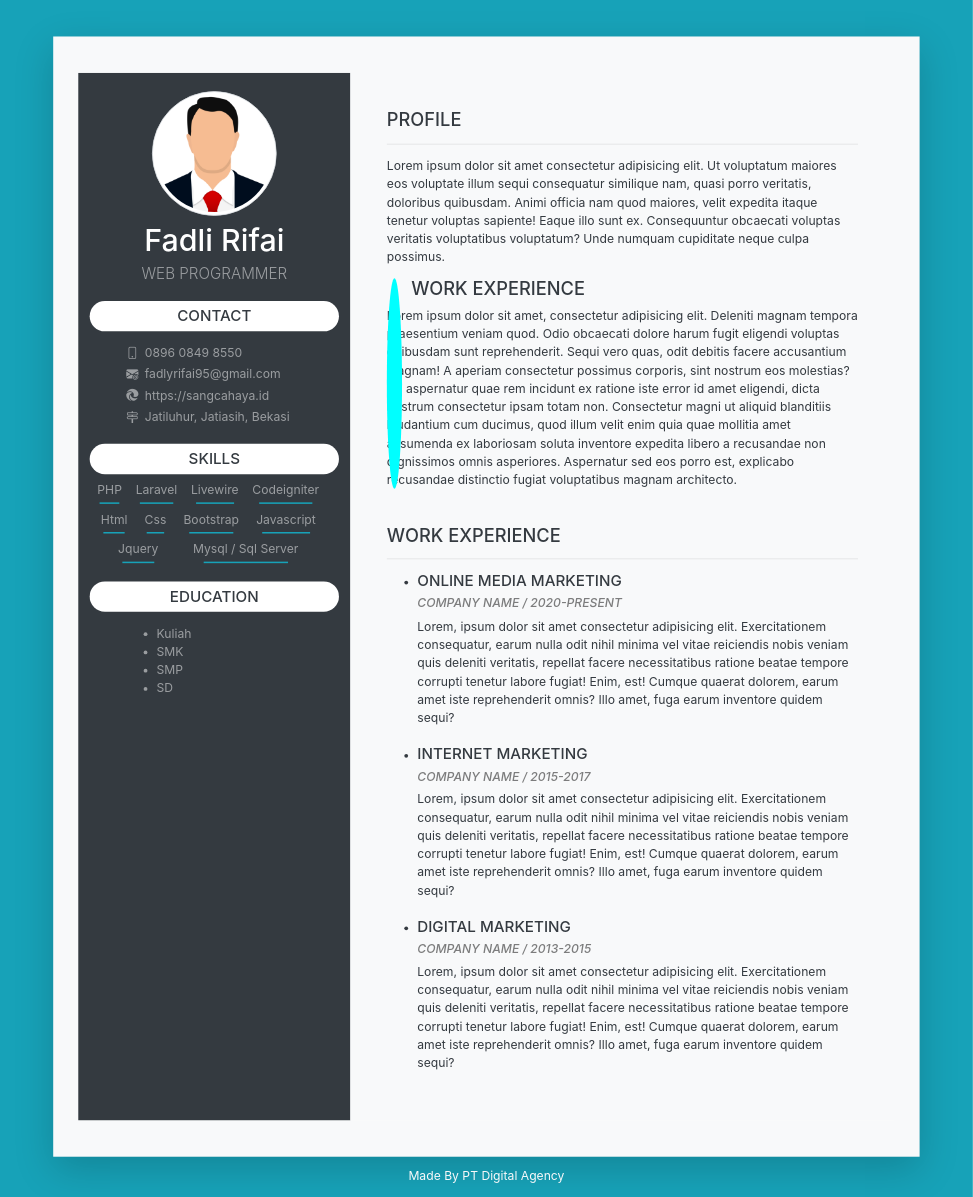
Repository: fadlyyy/fadlyyy.github.io
Page: index.html
An editor plug-in stored every save of this project. The page is shown before and after the next save, followed by the edit.
The browser window is 1280 px wide. The pictures show the whole page, at 76% of full size.

Above is the page before, as saved 2024-01-31 08:01:23.

### index.html
<!DOCTYPE html>
<html lang="en">

<head>
     <!-- Required meta tags -->
     <meta charset="utf-8" />
     <meta name="viewport" content="width=device-width, initial-scale=1, shrink-to-fit=no" />

     <!-- Bootstrap CSS -->
     <link rel="stylesheet" href="https://cdn.jsdelivr.net/npm/bootstrap@4.6.2/dist/css/bootstrap.min.css"
          integrity="sha384-xOolHFLEh07PJGoPkLv1IbcEPTNtaed2xpHsD9ESMhqIYd0nLMwNLD69Npy4HI+N" crossorigin="anonymous" />

     <!-- Icon -->
     <link rel="stylesheet" href="https://cdn.jsdelivr.net/npm/bootstrap-icons@1.11.3/font/bootstrap-icons.min.css" />

     <link rel="stylesheet" href="style.css" />

     <title>Hello, world!</title>
</head>

<body class="bg-info">
     <div class="container p-5 bg-light mt-5 mb-5 shadow shadow-lg">
          <div class="row">
               <div class="col-lg-4 bg-dark text-white text-center py-4">
                    <div class="header-left">
                         <img src="img/profile.png"
                              alt="" class="img-thumbnail rounded-circle mb-2 w-50 h-50" />
                         <h1 class="display-5">Fadli Rifai</h1>
                         <h4 class="lead text-uppercase text-white-50 mb-4">Web Programmer</h4>
                    </div>

                    <!-- general info -->
                    <div class="general-info">
                         <h5 class="text-uppercase bg-white text-dark py-2 rounded-pill">contact</h5>

                         <ul class="list-unstyled text-white-50 py-2 text-left ml-5">
                              <li class="list-item mb-1">
                                   <p>
                                        <i class="bi bi-phone mr-1"></i> 0896 0849 8550
                                   </p>
                              </li>
                              <li class="list-item mb-1 text-wrap w-75">
                                   <p>
                                        <i class="bi bi-envelope-at-fill mr-1"></i> fadlyrifai95@gmail.com
                                   </p>
                              </li>
                              <li class="list-item mb-1">
                                   <p>
                                        <i class="bi bi-browser-edge mr-1"></i> https://sangcahaya.id
                                   </p>
                              </li>
                              <li class="list-item">
                                   <i class="bi bi-signpost-2 mr-1"></i>
                                   Jatiluhur, Jatiasih, Bekasi
                              </li>
                         </ul>
                    </div>

                    <!-- skills -->
                    <div>
                         <h5 class="text-uppercase bg-white text-dark py-2 rounded-pill">skills</h5>
                         <ul class="list list-unstyled text-white-50 px-2 text-left text-capitalize list-skills">
                              <li class="list-item">PHP</li>
                              <li class="list-item">laravel</li>
                              <li class="list-item">livewire</li>
                              <li class="list-item">codeigniter</li>
                              <li class="list-item">html</li>
                              <li class="list-item">css</li>
                              <li class="list-item">bootstrap</li>
                              <li class="list-item">javascript</li>
                              <li class="list-item">jquery</li>
                              <li class="list-item">mysql / sql server</li>
                         </ul>
                    </div>

                    <!-- educations -->
                    <div>
                         <h5 class="text-uppercase bg-white text-dark py-2 rounded-pill">education</h5>
                         <ul class="list text-white-50 ml-5 py-2 text-left text-capitalize">
                              <li class="list-item">Kuliah</li>
                              <li class="list-item">SMK</li>
                              <li class="list-item">SMP</li>
                              <li class="list-item">SD</li>
                         </ul>
                    </div>
               </div>

               <div class="col-lg-8 bg-light text-dark py-5 px-5 right-side">
                    <div class="header-right">
                         <h4 class="text-uppercase">Profile</h4>
                         <hr />
                         <p>
                              Lorem ipsum dolor sit amet consectetur adipisicing elit. Ut voluptatum maiores eos
                              voluptate illum sequi consequatur similique nam, quasi porro veritatis, doloribus
                              quibusdam. Animi officia nam quod maiores, velit expedita
                              itaque tenetur voluptas sapiente! Eaque illo sunt ex. Consequuntur obcaecati voluptas
                              veritatis voluptatibus voluptatum? Unde numquam cupiditate neque culpa possimus.
                         </p>
                    </div>

                    <div class="work-experience">
                         <h4 class="text-uppercase">work experience</h4>
                         <p>Lorem ipsum dolor sit amet, consectetur adipisicing elit. Deleniti magnam tempora praesentium veniam quod. Odio obcaecati dolore harum fugit eligendi voluptas quibusdam sunt reprehenderit. Sequi vero quas, odit debitis facere accusantium magnam! A aperiam consectetur possimus corporis, sint nostrum eos molestias? At, aspernatur quae rem incidunt ex ratione iste error id amet eligendi, dicta nostrum consectetur ipsam totam non. Consectetur magni ut aliquid blanditiis laudantium cum ducimus, quod illum velit enim quia quae mollitia amet assumenda ex laboriosam soluta inventore expedita libero a recusandae non dignissimos omnis asperiores. Aspernatur sed eos porro est, explicabo recusandae distinctio fugiat voluptatibus magnam architecto.</p>
                    </div>

                    <div class="mt-5">
                         <h4 class="text-uppercase">work experience</h4>
                         <hr>

                         <ul class="list">
                              <li class="list-item">
                                   <h5 class="display-6 text-uppercase">online media marketing</h5>
                                   <h6 class="text-uppercase text-black-50 font-italic">company name / 2020-present</h6>
                                   <p>Lorem, ipsum dolor sit amet consectetur adipisicing elit. Exercitationem consequatur, earum nulla odit nihil minima vel vitae reiciendis nobis veniam quis deleniti veritatis, repellat facere necessitatibus ratione beatae tempore corrupti tenetur labore fugiat! Enim, est! Cumque quaerat dolorem, earum amet iste reprehenderit omnis? Illo amet, fuga earum inventore quidem sequi?</p>
                              </li>

                              <li class="list-item mt-4">
                                   <h5 class="display-6 text-uppercase">internet marketing</h5>
                                   <h6 class="text-uppercase text-black-50 font-italic">company name / 2015-2017</h6>
                                   <p>Lorem, ipsum dolor sit amet consectetur adipisicing elit. Exercitationem consequatur, earum nulla odit nihil minima vel vitae reiciendis nobis veniam quis deleniti veritatis, repellat facere necessitatibus ratione beatae tempore corrupti tenetur labore fugiat! Enim, est! Cumque quaerat dolorem, earum amet iste reprehenderit omnis? Illo amet, fuga earum inventore quidem sequi?</p>
                              </li>

                              <li class="list-item mt-4">
                                   <h5 class="display-6 text-uppercase">digital marketing</h5>
                                   <h6 class="text-uppercase text-black-50 font-italic">company name / 2013-2015</h6>
                                   <p>Lorem, ipsum dolor sit amet consectetur adipisicing elit. Exercitationem consequatur, earum nulla odit nihil minima vel vitae reiciendis nobis veniam quis deleniti veritatis, repellat facere necessitatibus ratione beatae tempore corrupti tenetur labore fugiat! Enim, est! Cumque quaerat dolorem, earum amet iste reprehenderit omnis? Illo amet, fuga earum inventore quidem sequi?</p>
                              </li>
                         </ul>
                    </div>
               </div>
          </div>
     </div>
     <!-- Optional JavaScript; choose one of the two! -->

     <!-- footer -->
     <div class="footer">
          <p class="text-light text-center text-capitalize" style="margin-top: -35px;">made by PT Digital Agency</p>
     </div>

     <!-- Option 1: jQuery and Bootstrap Bundle (includes Popper) -->
     <script src="https://cdn.jsdelivr.net/npm/jquery@3.5.1/dist/jquery.slim.min.js"
          integrity="sha384-DfXdz2htPH0lsSSs5nCTpuj/zy4C+OGpamoFVy38MVBnE+IbbVYUew+OrCXaRkfj"
          crossorigin="anonymous"></script>
     <script src="https://cdn.jsdelivr.net/npm/bootstrap@4.6.2/dist/js/bootstrap.bundle.min.js"
          integrity="sha384-Fy6S3B9q64WdZWQUiU+q4/2Lc9npb8tCaSX9FK7E8HnRr0Jz8D6OP9dO5Vg3Q9ct"
          crossorigin="anonymous"></script>

     <!-- Option 2: Separate Popper and Bootstrap JS -->
     <!--
    <script src="https://cdn.jsdelivr.net/npm/jquery@3.5.1/dist/jquery.slim.min.js" integrity="sha384-DfXdz2htPH0lsSSs5nCTpuj/zy4C+OGpamoFVy38MVBnE+IbbVYUew+OrCXaRkfj" crossorigin="anonymous"></script>
    <script src="https://cdn.jsdelivr.net/npm/popper.js@1.16.1/dist/umd/popper.min.js" integrity="sha384-9/reFTGAW83EW2RDu2S0VKaIzap3H66lZH81PoYlFhbGU+6BZp6G7niu735Sk7lN" crossorigin="anonymous"></script>
    <script src="https://cdn.jsdelivr.net/npm/bootstrap@4.6.2/dist/js/bootstrap.min.js" integrity="sha384-+sLIOodYLS7CIrQpBjl+C7nPvqq+FbNUBDunl/OZv93DB7Ln/533i8e/mZXLi/P+" crossorigin="anonymous"></script>
    -->
</body>

</html>

### style.css
.general-info ul li p {
    margin: 0;
}

.list-skills {
    display: flex;
    flex-wrap: wrap;
    justify-content: space-evenly;
    align-content: space-around;
}

.list-skills .list-item {
    margin-right: 1rem;
    padding-bottom: .5rem;
}

.list-skills .list-item::after {
    content: '';
    display: block;
    background-color: #17a2b8;
    width: 80%;
    height: 2px;
    margin: auto;
    margin-top: 5px;
}

.work-experience {
    position: relative;
}

.work-experience h4 {
    margin-left: 2rem;
}

.work-experience::before {
    content: '';
    display: block;
    position: absolute;
    width: 20px;
    height: 100%;
    background-color: aqua;
    border-radius: 50%;
}

/* Media Query */
/* Extra Large */
@media (max-width: 1200px) {

}

/* Laptop */
@media (max-width: 992px) {

}

/* Tablet */
@media (max-width: 768px) {

}

/* Mobile */
@media (max-width: 576px) {
    .right-side {
        padding-left: 0 !important;
        padding-right: 0 !important;
    }
}

After the next save:
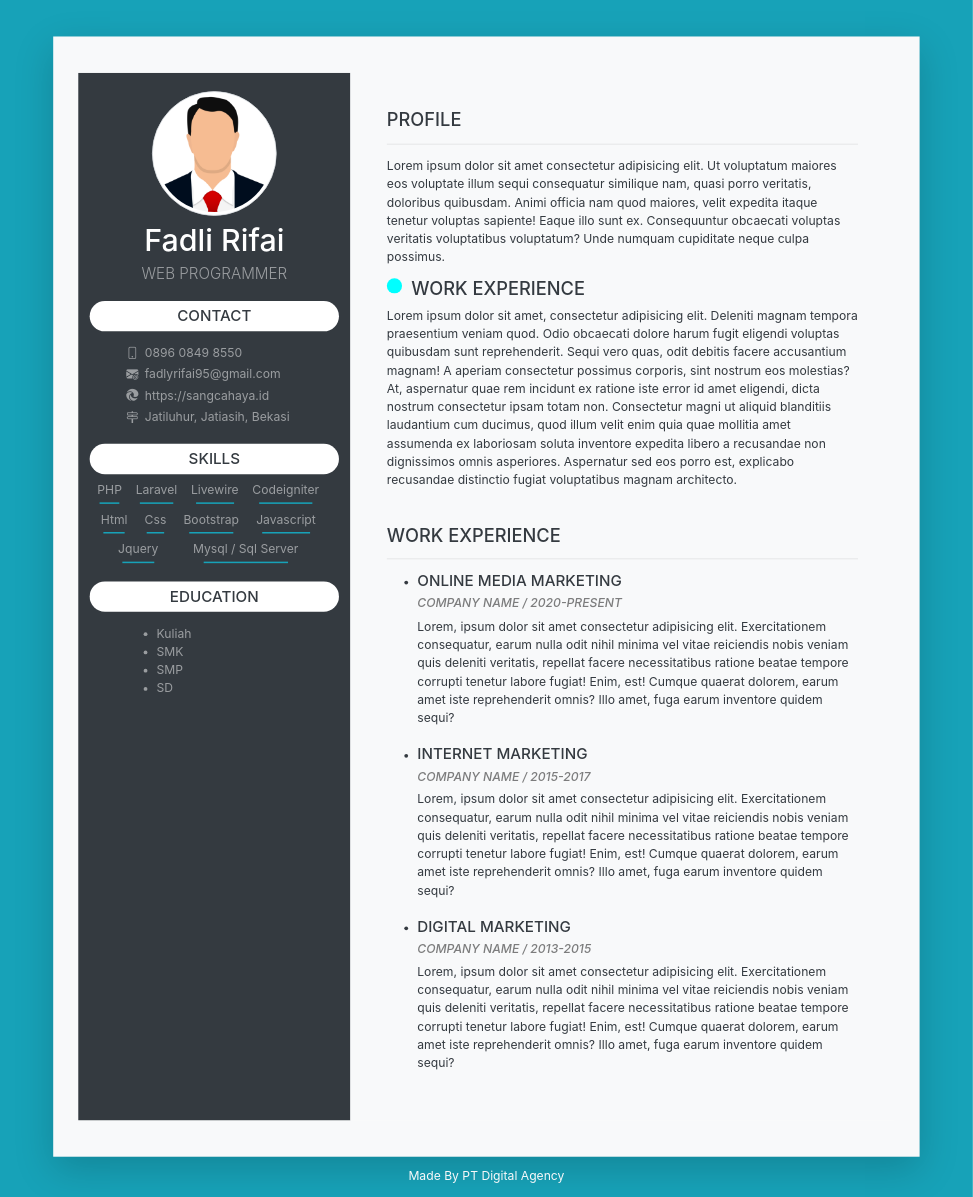
Saved 18 s later.
--- a/style.css
+++ b/style.css
@@ -37,7 +37,7 @@
     display: block;
     position: absolute;
     width: 20px;
-    height: 100%;
+    height: 20px;
     background-color: aqua;
     border-radius: 50%;
 }
